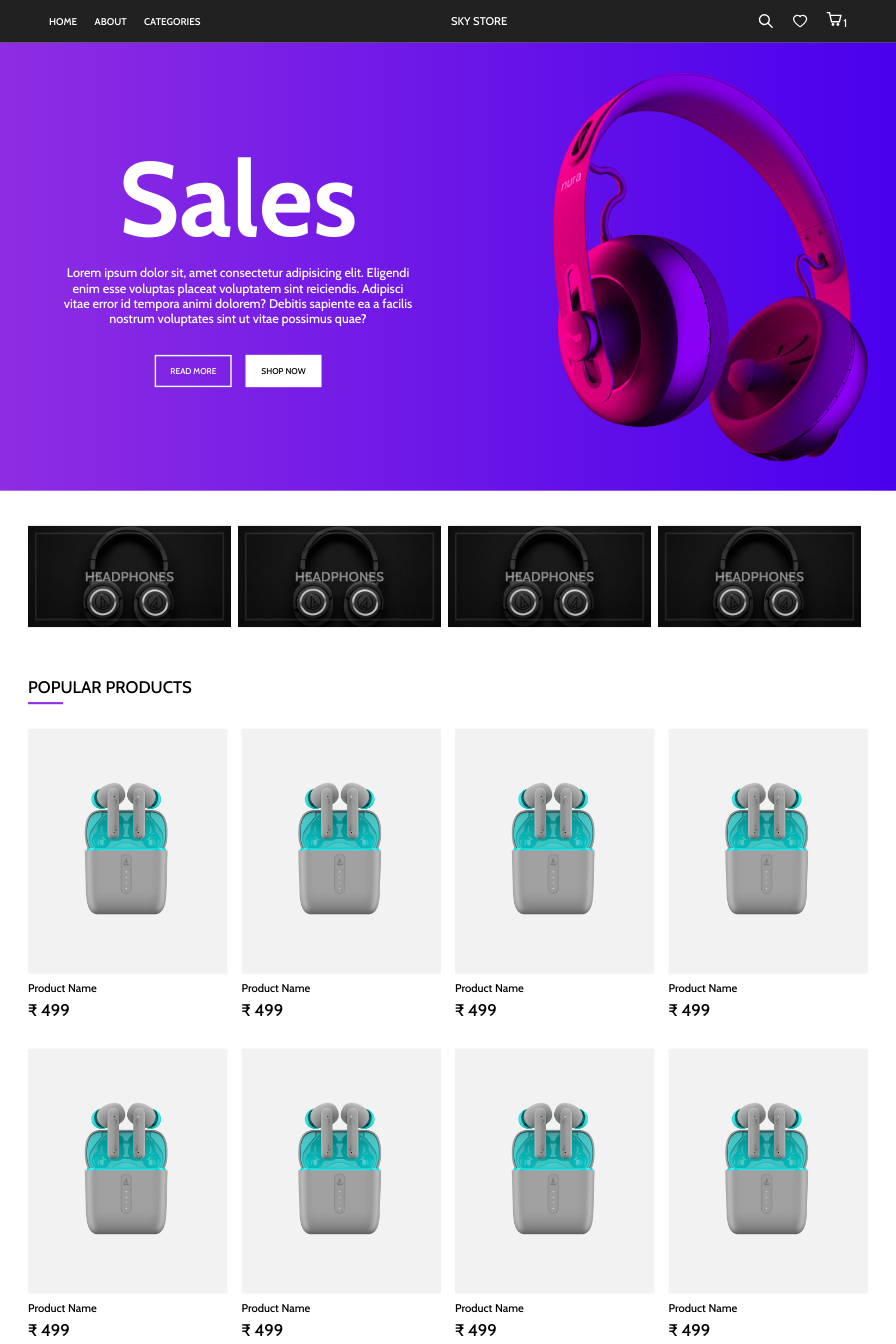
Repository: suraj-yadav7/ecommerce
Page: /
An editor plug-in stored every save of this project. The page is shown before and after the next save, followed by the edit.
The browser window is 1280 px wide. The pictures show the part of the page from y = 0 to 1920 px (the page is 2815 px tall before and 2837 px after), at 70% of full size.
The project was rebuilt for these pictures with package versions that can differ from the ones it lists, and the page was loaded fresh each time. Also part of the build but not shown: src/components/Category/Category.scss, src/components/Category/Category.jsx, src/components/SingleProduct/RelatedProducts/RelatedProducts.jsx, src/components/SingleProduct/SingleProduct.scss, src/components/SingleProduct/SingleProduct.jsx, src/App.scss, src/components/Header/Search/Search.scss, src/components/Cart/CartItem/CartItem.scss and 3 more.

Above is the page before, as saved 2023-06-23 23:16:24.

### src/index.jsx
import React from 'react';
import ReactDOM from 'react-dom/client';
import './index.scss';
import App from './App';
import { Provider } from 'react-redux';
import store from './store/store';

const root = ReactDOM.createRoot(document.getElementById('root'));
root.render(
<Provider store={store}>
    <App />
</Provider>
);

### src/App.jsx
import React from 'react';
import { BrowserRouter as Router, Routes, Route } from 'react-router-dom';
import Home from "./components/Home/Home"
import Category from "./components/Category/Category"
import SingleProduct from "./components/SingleProduct/SingleProduct"
import './App.scss';
import Header from './components/Header/Header';
import Footer from './components/Footer/Footer';
import Newsletter from './components/Footer/Newsletter/Newsletter';

function App() {
  return (
   <>
   <Router>
    <Header/>
    <Routes>
        <Route exact path="/" element={<Home/>} />
        <Route exact path="/category/:id" element={<Category/>} />
        <Route exact path="/product/:id" element={<SingleProduct/>} />
    </Routes>
    <Newsletter/>
    <Footer />
   </Router>
   </>
  );
}

export default App;

### src/store/store.jsx
import { configureStore } from "@reduxjs/toolkit";
import productSlice from "./slices/productSlice";


const store = configureStore({
    reducer:{
        product:productSlice
    }
})

export default store;

### src/components/Home/Home.jsx
import { useDispatch, useSelector } from "react-redux";
import "./Home.scss";
import { addElement } from "../../store/slices/productSlice";
import Banner from "./Banner/Banner";
import Category from "../Home/Category/Category";
import Products from "../Products/Products";


const Home = () => {
    const dispatch = useDispatch()
    const data = useSelector((state) => state.product.data)
    return (
        <>
            <div className="home">
                <Banner />
                <div className="main-content">
                    <div className="layout">
                        <Category />
                        <Products  headingText="Popular Products"/>
                    </div>
                </div>
            </div>
        </>

    )
};

export default Home;

### src/components/Header/Header.jsx
import "./Header.scss";
import Search from "./Search/Search"
import Cart from "../Cart/Cart"
import { TbSearch } from "react-icons/tb"
import { CgShoppingCart } from "react-icons/cg"
import { AiOutlineHeart } from "react-icons/ai"
import "./Header.scss"
import { useEffect, useState } from "react";
import { Link } from "react-router-dom";

const Header = () => {
    const [scrollVal, setScrollVal] = useState(false)
    const handleScroll = ()=>{
        const offset = window.scrollY;
        console.log(offset)
        if(offset > 200){
            setScrollVal(true)
        }
        else{
            setScrollVal(false)
        }
    }
    useEffect(()=>{
        window.addEventListener("scroll", handleScroll)
    },[])

    const [showCart, setShowCart] = useState(false)

    return (
        <>
            <header className={`main-header ${scrollVal? "sticky-header":""}`}>
                <div className="header-content">
                    <ul className="left" >
                        <Link to="/">Home</Link>
                        <Link >About</Link>
                        <Link>Categories</Link>
                    </ul>
                    <div className="center"> SKY STORE</div>
                    <div className="right">
                        <TbSearch />
                        <AiOutlineHeart />
                        <span className="cart-icon" onClick={()=>setShowCart(true)}>
                            <CgShoppingCart />1
                        </span>
                    </div>
                </div >
            </header >
            {showCart && <Cart setshowcart={setShowCart} />}
        </>
    )
};

export default Header;

### src/components/Footer/Newsletter/Newsletter.jsx
import React from "react";
import {
    FaFacebookF,
    FaTwitter,
    FaInstagram,
    FaLinkedinIn,
} from "react-icons/fa";
import "./Newsletter.scss"

const Newsletter = () => {
    return (
    <>
        <div className="newsletter-section">
            <div className="newsletter-content">
                <span className="small-text" >Newsletter</span>
                <span className="big-text"> Sign up for latest updates and offers</span>
                <div className="form">
                    <input type="text" placeholder="Email Address" />
                    <button className="btn-sub">Subscribe</button>
                </div>
                <div className="text">will be used in accoudance with our privacy policy </div>
                <div className="social-icons">
                    <div className="icon">
                        <FaFacebookF size={18} />
                    </div>
                    <div className="icon">
                        <FaInstagram size={18} />
                    </div>
                    <div className="icon">
                        <FaTwitter size={18} />
                    </div>
                    <div className="icon">
                        <FaLinkedinIn size={18} />
                    </div>

                </div>
            </div>
        </div>;
    </>
    )
};
export default Newsletter;

### src/store/slices/productSlice.jsx
import { createSlice } from "@reduxjs/toolkit";

const productSlice = createSlice({
    name:"productSlice",
    initialState:{
        data:["lg", "sansung", "onida"],
        loading:false,
        error:null
    },

    reducers:{
        addElement:(state, action)=>{
            state.data.push(action.payload)
        },

    },

    extraReducers:{

    }


})

export default productSlice.reducer

export const {addElement}= productSlice.actions;

### src/components/Home/Home.scss
@import "../../css-config/mixins.scss";

.main-content{
    max-width: calc(100% - 20px);
    margin: 0 auto;
    @include md{
        max-width: 1200px;
    }
}

### src/components/Home/Banner/Banner.jsx
import "./Banner.scss";
import BannerImg from '../../../assets/banner-img.png'
const Banner = () => {
    return(
        <>
        <div className="hero-banner">
            <div className="content">
                <div className="text-content">
                    <h1>Sales</h1>
                    <p>Lorem ipsum dolor sit, amet consectetur adipisicing elit. Eligendi enim esse voluptas placeat voluptatem sint reiciendis. Adipisci vitae error id tempora animi dolorem? Debitis sapiente ea a facilis nostrum voluptates sint ut vitae possimus quae?</p>
                    <div className="ctas">
                        <div className="banner-cta">Read More</div>
                        <div className="banner-cta v2">Shop now</div>
                    </div>
                </div>
                <img src={BannerImg}className="banner-img" alt="banner-img"></img>
            </div>

        </div>

        </>
)
};

export default Banner;

### src/components/Home/Category/Category.jsx
import React from "react";
import cart1 from "../../../assets/category/cat-1.jpg"
import "./Category.scss";
const Category = () => {
    return (
    <>
        <div className="shop-by-category">
            <div className="categories">
                <div className="category">
                    <img src={cart1} alt=""/>
                </div>
                <div className="category">
                    <img src={cart1} alt=""/>
                </div>
                <div className="category">
                    <img src={cart1} alt=""/>
                </div>

                <div className="category">
                    <img src={cart1} alt=""/>
                </div>
            </div>

        </div>

    </>
    )
};

export default Category;

### src/components/Products/Products.jsx
import React from "react";
import Product from "./Product/Product"
import "./Products.scss";
const Products = ({innerPage,headingText}) => {
    return (
        <>
        <div className="products-container">
            {
             !innerPage && <div className="sec-heading" > {headingText}</div>
            }
            <div className="products">

                <Product />
                <Product />
                <Product />
                <Product />
                <Product />
                <Product />
                <Product />
                <Product />
            </div>
        </div>
        </>
        )
};

export default Products;

### src/components/Footer/Footer.scss
@import "../../css-config/mixins.scss";

.footer {
    width: 100%;

    .footer-content {
        padding: 50px 20px;
        max-width: 1200px;
        margin: 0 auto;
        display: flex;
        flex-flow: wrap;
        gap: 20px;

        @include md {
            justify-content: space-between;
            padding: 50px 0;
        }

        .col {
            max-width: 300px;

            .title {
                margin-bottom: 20px;
                font-size: 20px;
            }

            .text {
                color: rgb(0, 0, 0, 0.5);
                font-size: 14px;
                margin-bottom: 8px;
            }

            .c-item {
                display: flex;
                margin-bottom: 10px;

                svg {
                    flex-shrink: 0;
                    font-size: 14px;
                    margin-right: 10px;
                    margin-top: 4px;
                    color: rgb(0, 0, 0, 0.5);

                }
            }
        }
    }

    .bottom-bar {
        border-top: 1px solid rgba(0, 0, 0, 0.1);
        .bottom-bar-content {
            padding: 20px;
            display: flex;
            align-items: center;
            flex-direction: column;
            text-align: center;
            gap: 10px;
            @include md {
                padding: 0;
                height: 60px;
                max-width: 1200px;
                margin: 0 auto;
                flex-direction: row;
                justify-content: space-between;
                text-align: left;
            }
            .text {
                font-size: 12px;
                color: Orgba (0, 0, 0, 0.5);
            }
        }
    }
}

### src/components/Home/Banner/Banner.scss
@import "../../../css-config/mixins.scss";

.hero-banner {
    padding: 40px 0;
    position: relative;
    background-image: linear-gradient(to right, #8e2de2, #4a00ed);
    @include md {
    height: calc(100vh - 80px) ;
    }
    .content{
    height: 100%;
    display: flex;
    justify-content: flex-end;
    align-items: center;
    flex-direction: column-reverse;
    max-width: calc(100% - 20px);
    margin: 0 auto;
    position: relative;
    @include md {
    flex-direction: row;
    max-width: 1200px;
    }
    .banner-img {
        position: relative;
        z-index: 9;
        width: 200px;
        margin-bottom: 20px;
        @include md{
            width: 450px;
            margin-right: 0px;
            margin-top: 0px;
            margin-bottom: 0;
        }
        @include xxl {
        width: 600px;
        margin-right: 0;
        margin-top: 0;
    }
    }
    .text-content {
        color: white;
        text-align: center;
        display: flex;
        flex-direction: column;
        align-items: center;
        @include md {
        position: absolute;
        left: 50px;
        top: 50%;
        transform: translateY(-50%) ;
        }
        @include xxl {
        left: 0;
        }
        h1{
            font-size: 80px;
            font-weight: 700;
            line-height: 1;
            margin-bottom: 20px;
            @include md{
                font-size: 150px;
            }
        }

        p{
            max-width: 300px;
            font-size: 14px;
            list-style: 20px;
            margin-bottom: 20px;
            @include md{
                max-width: 500px;
                font-size: 18px;
                line-height: 22px;
                margin-bottom: 40px;
            }
        }
        .ctas{
            display: flex;
            justify-content: center;
            gap: 20px;
            .banner-cta{
                text-transform: uppercase;
                font-size: 12px;
                font-weight: 500;
                width: fit-content;
                border: 2px solid white;
                padding: 10px 20px;
                cursor: pointer;
                &.v2{
                    background-color: white;
                    color: black;

                }
                &:hover{
                    opacity: 0.6;
                }
            }
        }
     }
    }
 }

### src/components/Home/Category/Category.scss
@import "../../../css-config/mixins.scss";

.shop-by-category {
    margin: 25px 0;
    @include md {
        margin: 50px 0;
    }
    .categories {
        display: flex;
        flex-flow: wrap;
        gap: 10px;
        .category {
            background-color: Oblack;
            width: calc(50% - 5px);
            cursor: pointer;
            overflow: hidden;
            @include md {
                width: calc(25% - 10px);
            }
            img {
                width: 100%;
                display: block;
                transition: all ease 0.3s;

            }
            &:hover{
                img{
                    transform: scale(1.2)
                }
            }
        }
    }
}

### src/components/Products/Product/Product.jsx
import React from "react";
import prod from "../../../assets/products/earbuds-prod-1.webp"
import "./Product.scss";
const Product = () => {
    return(
        <>
        <div className="product-card">
            <div className="thumbnail">
                <img src={prod} alt="" />
            </div>
            <div className="prod-details">
                <span className="name">Product Name</span>
                <span className="price">&#8377; 499</span>
            </div>
        </div>
         </>
    )
};

export default Product;

### src/components/Products/Products.scss
@import "../../css-config/mixins.scss";

.products-container {
    margin: 50px 0;
    @include md {
        margin: 75px 0;
    }
    .sec-heading {
        margin-bottom: 20px;
        font-size: 18px;
        font-weight: 500;
        text-transform: uppercase;
        @include md {
            margin-bottom: 35px;
            font-size: 24px;
        }
        &:after {
            content: "";
            display: block;
            margin-top: 5px;
            width: 50px;
            height: 3px;
            background-color: #8e2de2;
            @include md{
                margin-top: 10px;
            }
        }
    }
    .products{
        display: flex;
        flex-flow: wrap;
        gap: 10px;
        @include md{
            gap: 20px
        }
    }
}

### src/components/Products/Product/Product.scss
@import "../../../css-config/mixins.scss";

.product-card {
    width: calc(50% - 5px);
    margin-bottom: 20px;
    @include md {
        width: calc(25% - 15px);
    }
    .thumbnail {
        width: 100%;
        height: 180px;
        background-color: rgba(0, 0, 0, 0.05);
        margin-bottom: 10px;
        padding: 25px;
        display: flex;
        align-items: center;
        @include md {
            height: 350px;
        }
        img{
            transition: all ease 0.3s;
            display: block;
            width: 100%;
        }

    }
    .prod-details{
        .name{
            font-size: 14px;
            display: block;
            text-overflow: ellipsis;
            white-space: nowrap;
            overflow: hidden;
            @include md{
                font-size: 16px;
                margin-bottom: 10px;
            }
        }
        .price{
            font-size: 16px;
            @include md{
                font-size: 24px;
            }
        }
    }
    &:hover{
        .thumbnail{
            img{
                transform: scale(1.2);
            }
        }
    }
}

Loaded but not shown: public/index.html (common file); src/index.scss (common file); src/css-config/mixins.scss (common file); src/components/Header/Search/Search.jsx (common file); src/components/Footer/Footer.jsx (59 lines, source omitted); src/components/Footer/Newsletter/Newsletter.scss (104 lines, source omitted); src/components/Header/Header.scss (112 lines, source omitted)

After the next save:
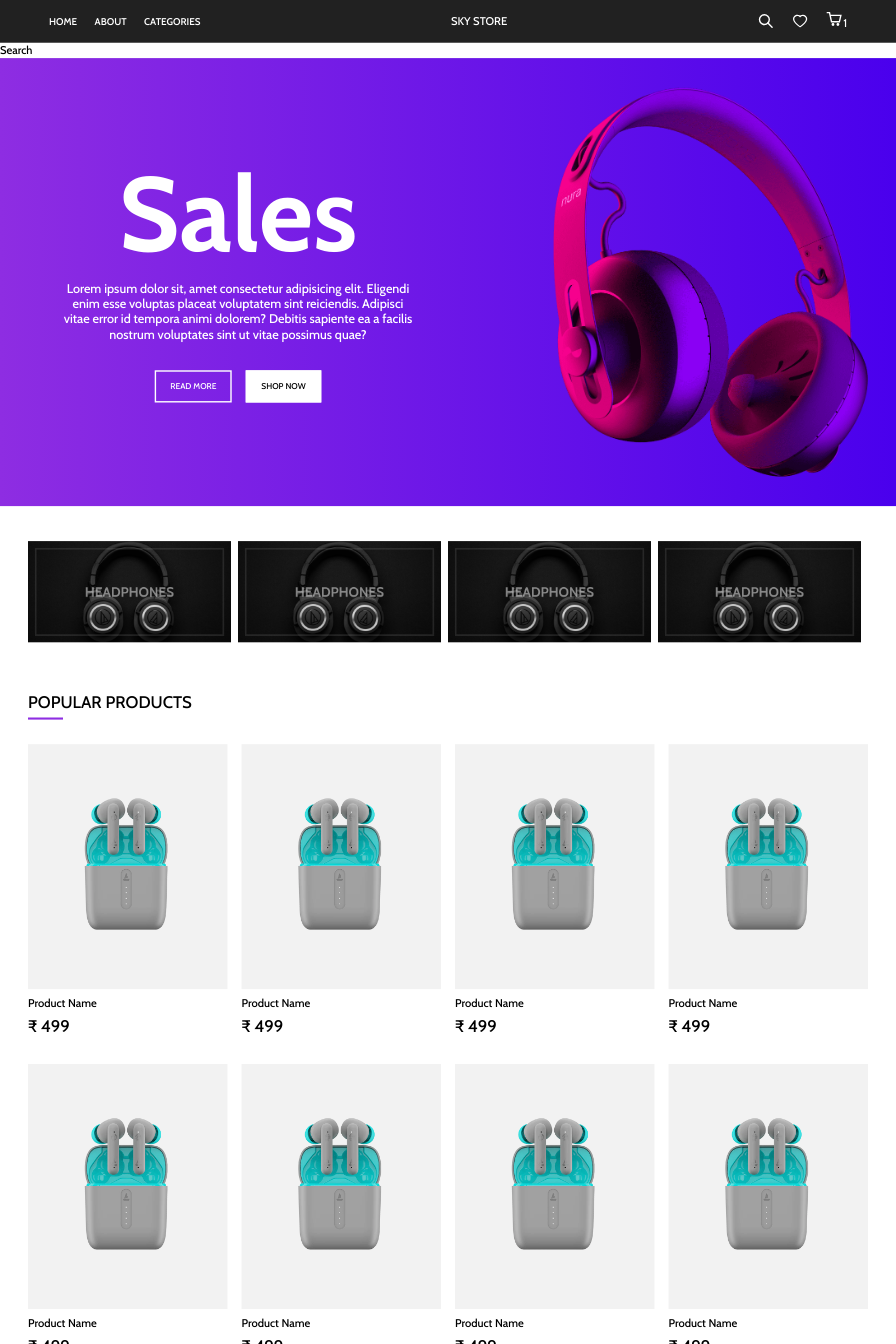
Saved 5 min 32 s later.
--- a/src/components/Header/Header.jsx
+++ b/src/components/Header/Header.jsx
@@ -10,6 +10,7 @@
 
 const Header = () => {
     const [scrollVal, setScrollVal] = useState(false)
+    const [showSearch, setShowSearch] = useState(false)
     const handleScroll = ()=>{
         const offset = window.scrollY;
         console.log(offset)
@@ -37,7 +38,7 @@
                     </ul>
                     <div className="center"> SKY STORE</div>
                     <div className="right">
-                        <TbSearch />
+                        <TbSearch  />
                         <AiOutlineHeart />
                         <span className="cart-icon" onClick={()=>setShowCart(true)}>
                             <CgShoppingCart />1
@@ -46,6 +47,7 @@
                 </div >
             </header >
             {showCart && <Cart setshowcart={setShowCart} />}
+            { <Search />}
         </>
     )
 };

After the save that followed:
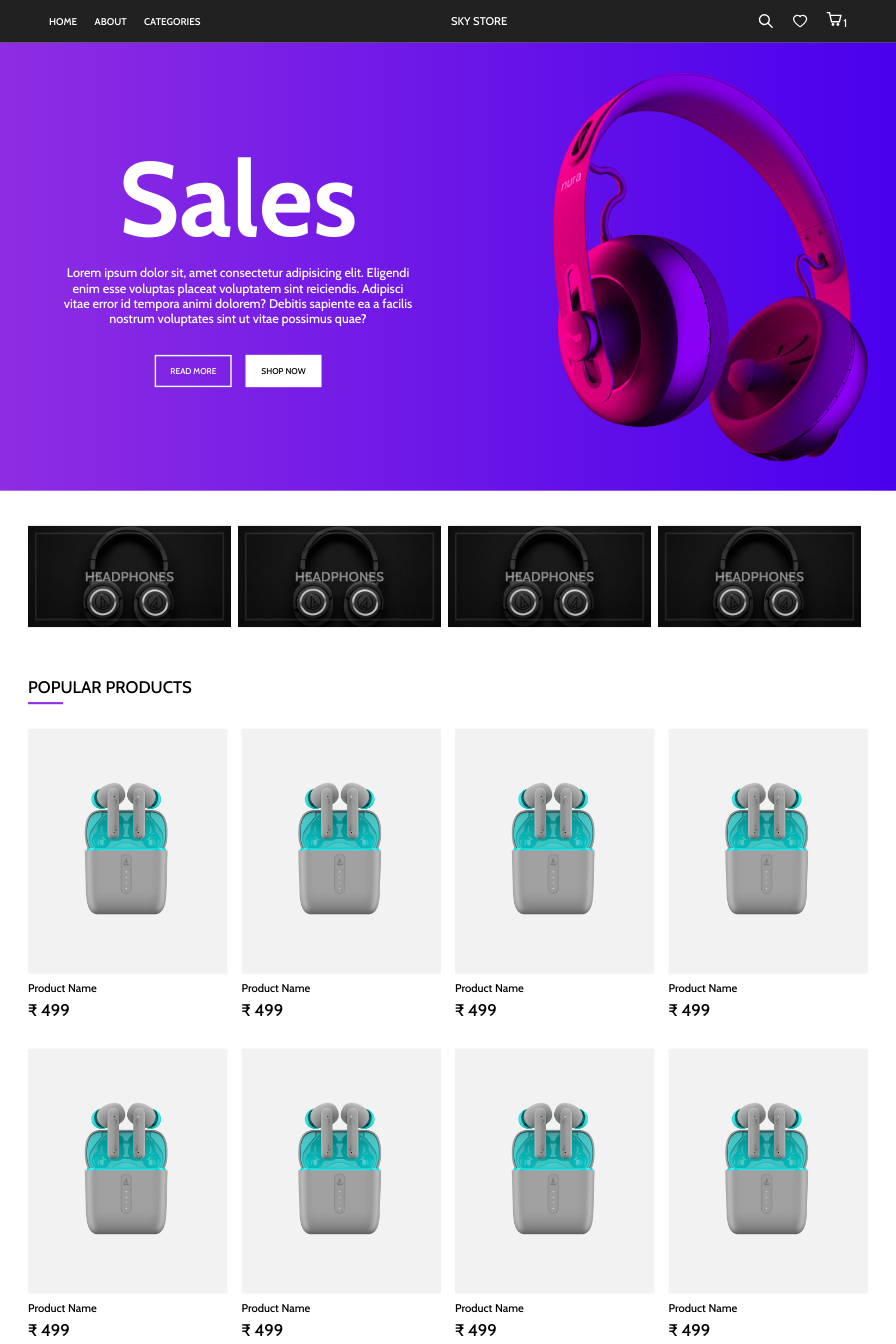
Saved 44 s later.
--- a/src/components/Header/Header.jsx
+++ b/src/components/Header/Header.jsx
@@ -38,7 +38,7 @@
                     </ul>
                     <div className="center"> SKY STORE</div>
                     <div className="right">
-                        <TbSearch  />
+                        <TbSearch onClick={()=>setShowSearch(true)} />
                         <AiOutlineHeart />
                         <span className="cart-icon" onClick={()=>setShowCart(true)}>
                             <CgShoppingCart />1
@@ -47,7 +47,7 @@
                 </div >
             </header >
             {showCart && <Cart setshowcart={setShowCart} />}
-            { <Search />}
+            {showSearch && <Search setShowSearch={setShowSearch} />}
         </>
     )
 };
